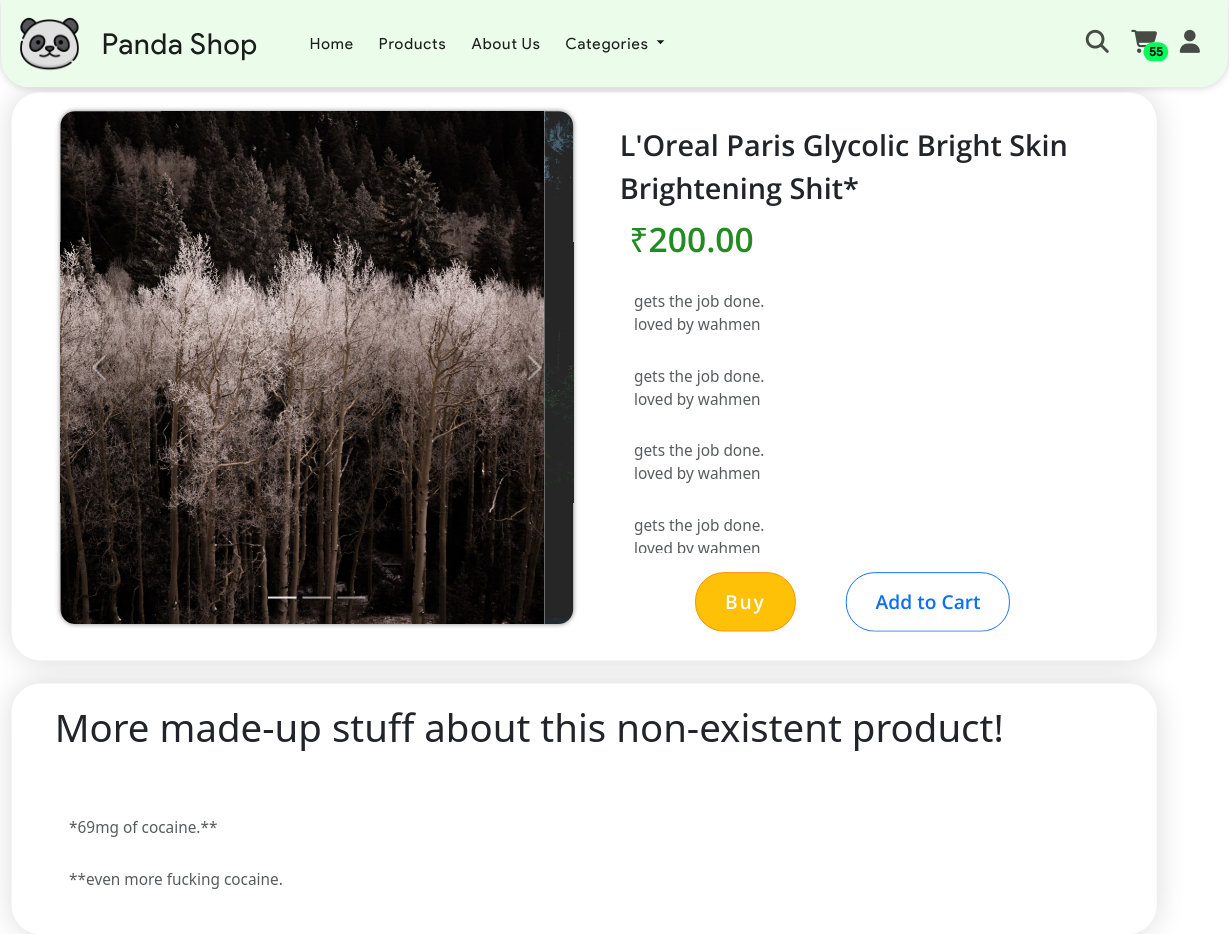
Repository: Anindyait/Panda-web-project
Page: http://localhost/Project1/product.html
An editor plug-in stored every save of this project. The page is shown before and after the next save, followed by the edit.
The browser window is 1280 px wide. The pictures show the whole page, at 96% of full size.
Some web fonts or font styles are not loaded; a fallback is used. Some web libraries are served in a nearby version. The page is served by Tomcat 9.

Above is the page before, as saved 2022-11-26 16:41:59.

After the next save:
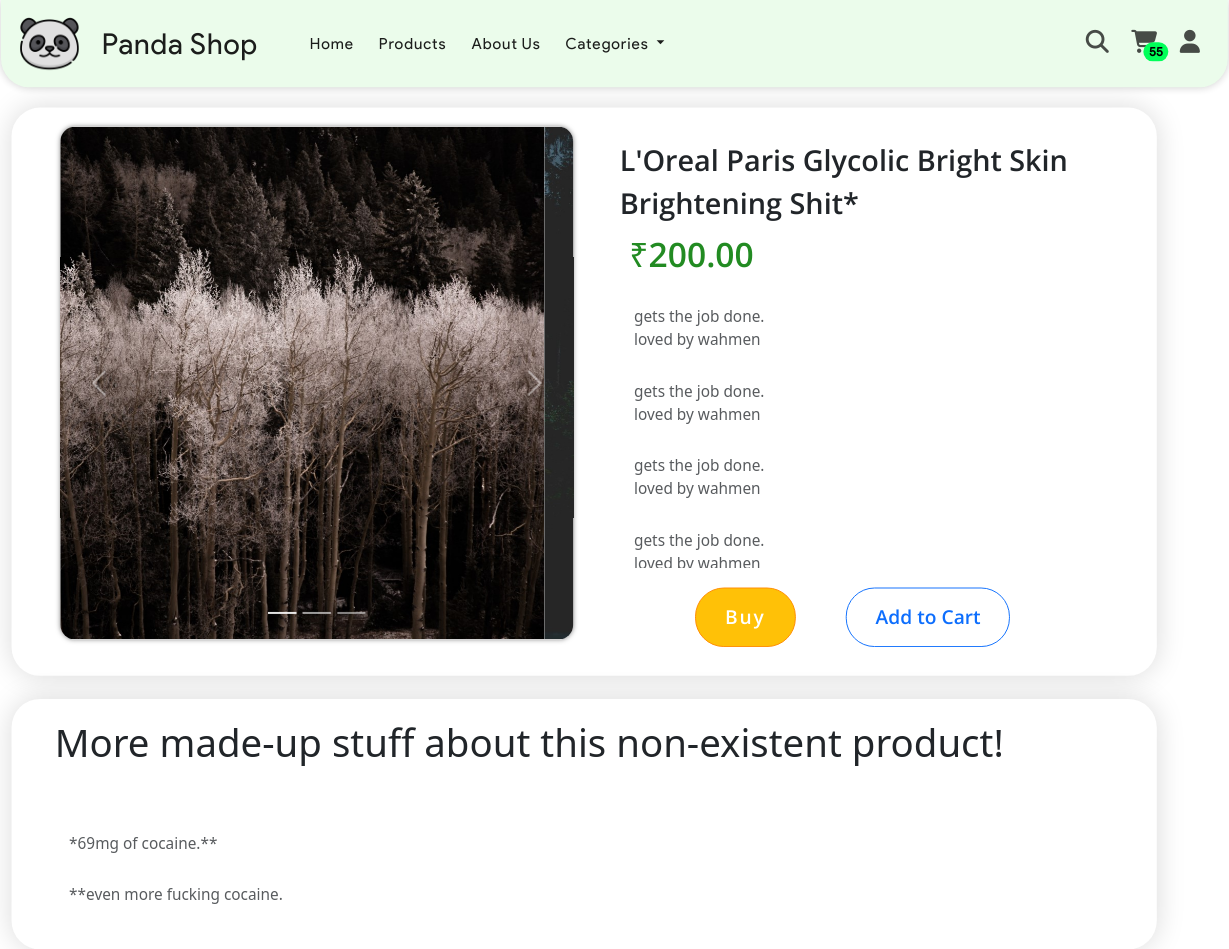
Saved 2 min 37 s later.
--- a/Project1/src/main/webapp/product.html
+++ b/Project1/src/main/webapp/product.html
@@ -31,10 +31,7 @@
 
     <div class="container-fluid">
     <div id="header"></div>
-    <br>
-    <br>
-    <br>
-    <br>
+   	<div class="header-adjustment"></div>
 
         <div class="cardnew">
             <div class="container px-4">
